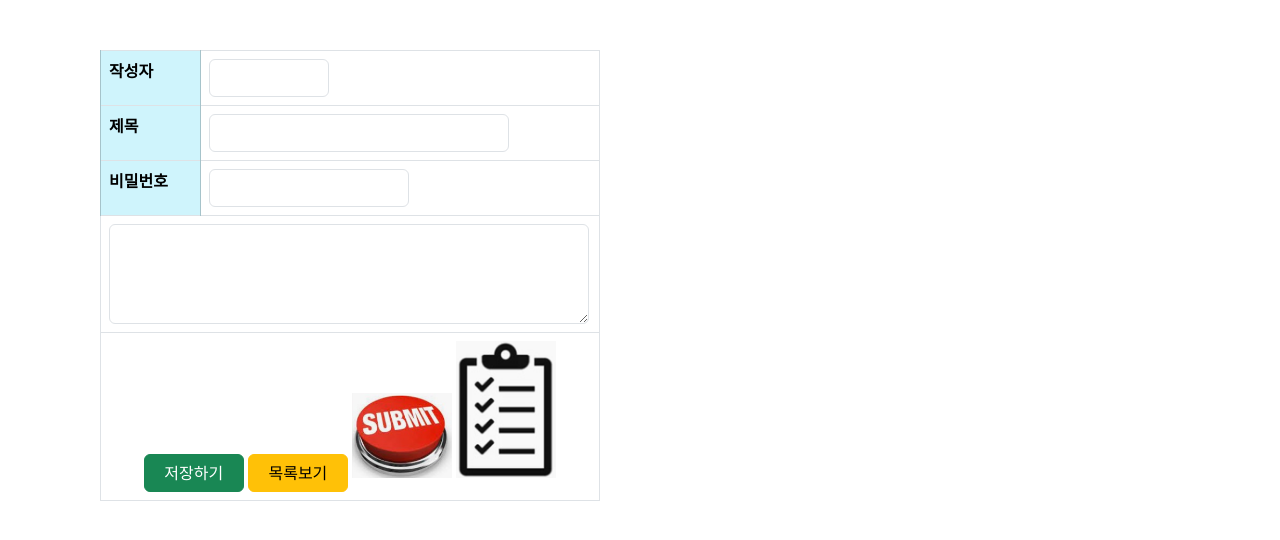
Repository: JunbroGit/SistProject
Page: http://localhost/jsaAjaxProject/simpleboard/addForm.jsp
The author's editor kept a copy of each file at every save. The page is drawn from the files as they stood at one save, then again after the next save.
The browser window is 1280 px wide. The pictures show the whole page.
Some web fonts or font styles are not loaded; a fallback is used. The page is served by Tomcat 9. Other server files are loaded and not shown.

Above is the page before, as saved 2024-03-14 05:15:30.

### jspwork/jsaAjaxProject/src/main/webapp/simpleboard/addForm.jsp
<%@ page language="java" contentType="text/html; charset=UTF-8"
    pageEncoding="UTF-8"%>
<!DOCTYPE html>
<html>
<head>
<meta charset="UTF-8">
<link href="https://cdn.jsdelivr.net/npm/bootstrap@5.3.2/dist/css/bootstrap.min.css" rel="stylesheet">
<link href="https://fonts.googleapis.com/css2?family=Dongle&family=Gaegu&family=Nanum+Myeongjo&family=Nanum+Pen+Script&family=Noto+Sans+KR:wght@100..900&display=swap" rel="stylesheet">
<script src="https://code.jquery.com/jquery-3.7.0.js"></script>
<title>Insert title here</title>
</head>
<body>
<div style="margin: 50px 100px; width: 500px;">
	<form action="addAction.jsp" method="post">
		<table class="table table-bordered">
			<tr>
				<th width="100" class="table-info">작성자</th>
				<td>
					<input type="text" name="writer" class="form-control" style="width: 120px;" required="required">
				</td>
			</tr>
			<tr>
				<th width="100" class="table-info">제목</th>
				<td>
					<input type="text" name="subject" class="form-control" style="width: 300px;" required="required">
				</td>
			</tr>
			<tr>
				<th width="100" class="table-info">비밀번호</th>
				<td>
					<input type="text" name="pass" class="form-control" style="width: 200px;" required="required">
				</td>
			</tr>
			<tr>
				<td colspan="2">
					<textarea style="width: 480px; height: 100px;" name="content" class="form-control" required="required"></textarea>
				</td>
			</tr>
			<tr>
				<td colspan="2" align="center">
					<button type="submit" style="width: 100px;" class="btn btn-success btn-md">저장하기</button>
					<button type="button" style="width: 100px;" class="btn btn-warning btn-md" onclick="location.href='boardList.jsp'">목록보기</button>
					<input type="image" src="../image/logo_img/submit.png" style="width: 100px;">
					<input type="image" src="../image/logo_img/list.png" style="width: 100px;">
				</td>
			</tr>
		</table>
	</form>
</div>
</body>
</html>

After the next save:
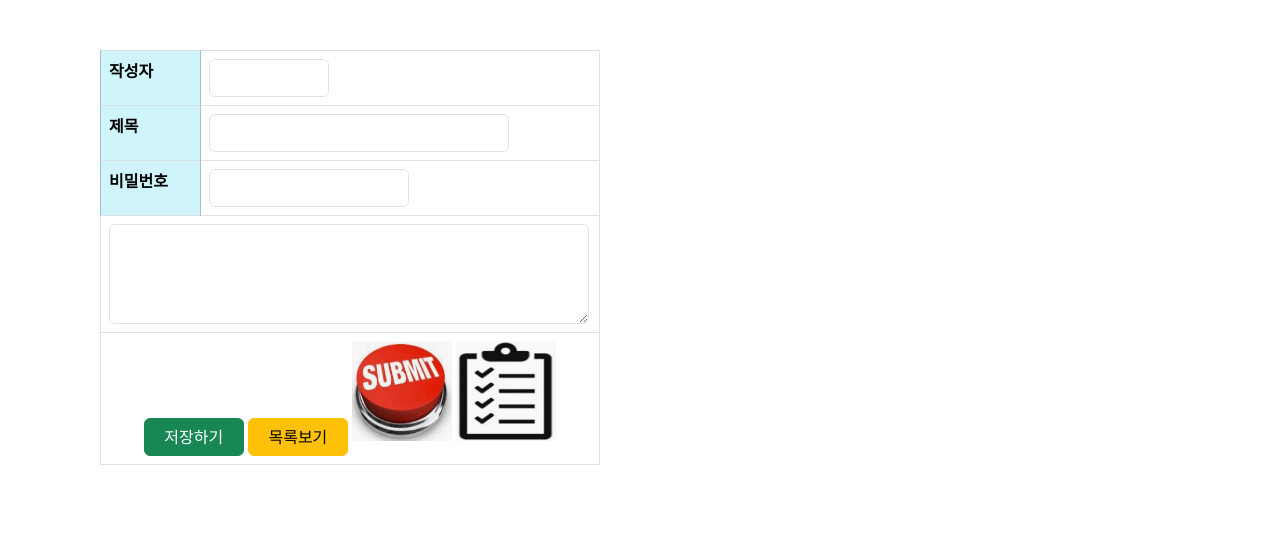
Saved 19 s later.
--- a/jspwork/jsaAjaxProject/src/main/webapp/simpleboard/addForm.jsp
+++ b/jspwork/jsaAjaxProject/src/main/webapp/simpleboard/addForm.jsp
@@ -40,8 +40,8 @@
 				<td colspan="2" align="center">
 					<button type="submit" style="width: 100px;" class="btn btn-success btn-md">저장하기</button>
 					<button type="button" style="width: 100px;" class="btn btn-warning btn-md" onclick="location.href='boardList.jsp'">목록보기</button>
-					<input type="image" src="../image/logo_img/submit.png" style="width: 100px;">
-					<input type="image" src="../image/logo_img/list.png" style="width: 100px;">
+					<input type="image" src="../image/logo_img/submit.png" style="width: 100px; height: 100px;">
+					<input type="image" src="../image/logo_img/list.png" style="width: 100px; height: 100px;">
 				</td>
 			</tr>
 		</table>
